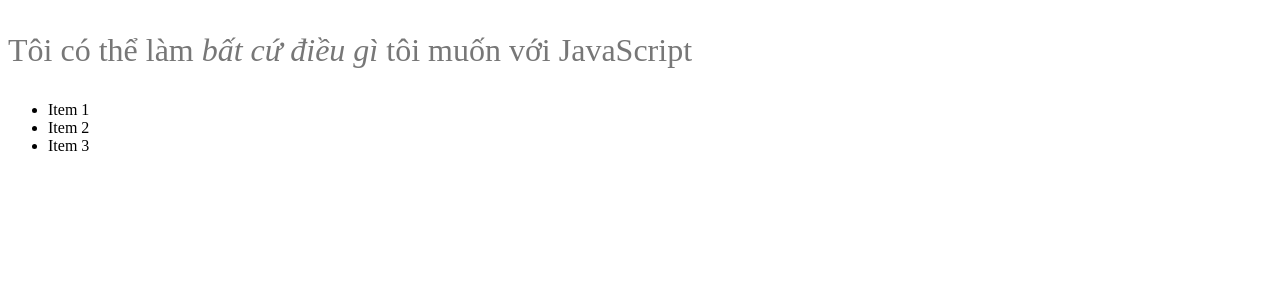
Repository: khanhnahk306/khanhnahk.github.io
Page: DOM/index.html
The author's editor kept a copy of each file at every save. The page is drawn from the files as they stood at one save, then again after the next save.
The browser window is 1280 px wide. The pictures show the whole page.

Above is the page before, as saved 2022-06-03 13:50:48.

### DOM/index.html
<!DOCTYPE html>
<html lang="en">
  <head>
    <meta charset="UTF-8" />
    <meta http-equiv="X-UA-Compatible" content="IE=edge" />
    <meta name="viewport" content="width=device-width, initial-scale=1.0" />
    <title>DOM</title>
  </head>
  <body>

    <p id="text">
      Mặt khác, các phần tử DOM đều là các node trên cây cấu trúc DOM
    </p>

    <ul>
        <li>Item 1</li>
        <li>Item 2</li>
        <li>Item 3</li>
    </ul>

    <script>

      let p = document.getElementById("text");
      p.style.color = "#777";
      p.style.fontSize = "2rem";
      p.innerHTML = "Tôi có thể làm <em> bất cứ điều gì </em> tôi muốn với JavaScript";

      const para = document.querySelectorAll('li');
      console.log(para);
    for(let i=0; i<para.length;i++){
        para[i].s
    }

    </script>
  </body>
</html>

After the next save:
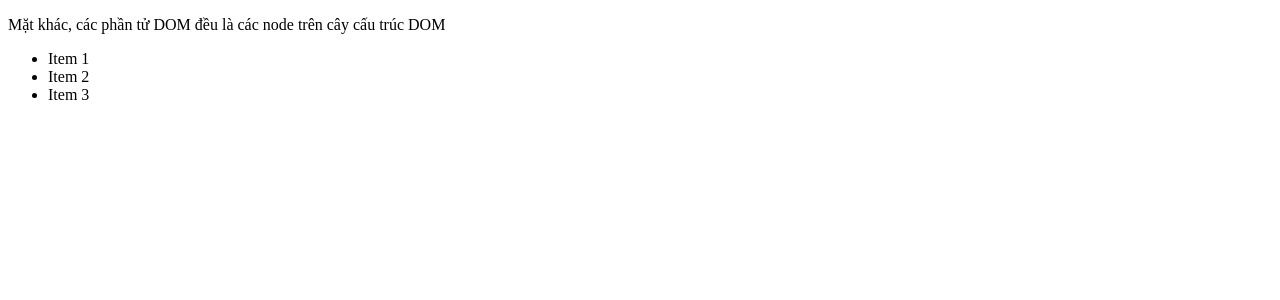
Console error: SyntaxError: Unexpected token '}'
Saved 4 s later.
--- a/DOM/index.html
+++ b/DOM/index.html
@@ -28,7 +28,7 @@
       const para = document.querySelectorAll('li');
       console.log(para);
     for(let i=0; i<para.length;i++){
-        para[i].s
+        para[i].style.
     }
 
     </script>

After the save that followed:
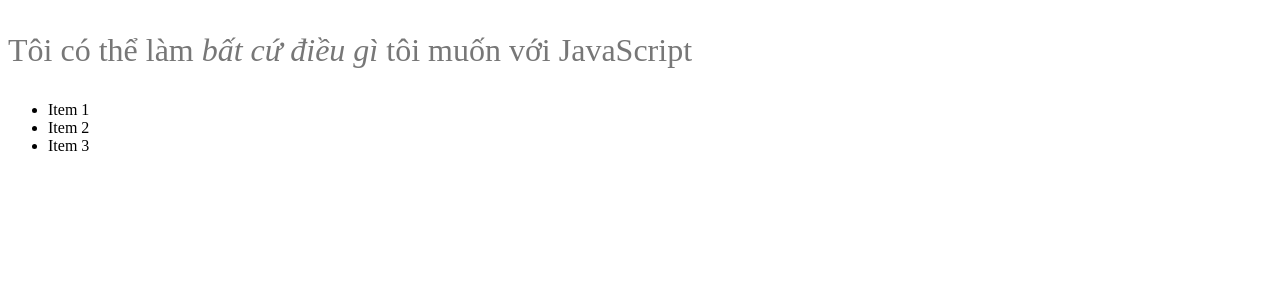
The error is gone.
Saved 4 s later.
--- a/DOM/index.html
+++ b/DOM/index.html
@@ -28,7 +28,7 @@
       const para = document.querySelectorAll('li');
       console.log(para);
     for(let i=0; i<para.length;i++){
-        para[i].style.
+        para[i].style.color = ''
     }
 
     </script>
